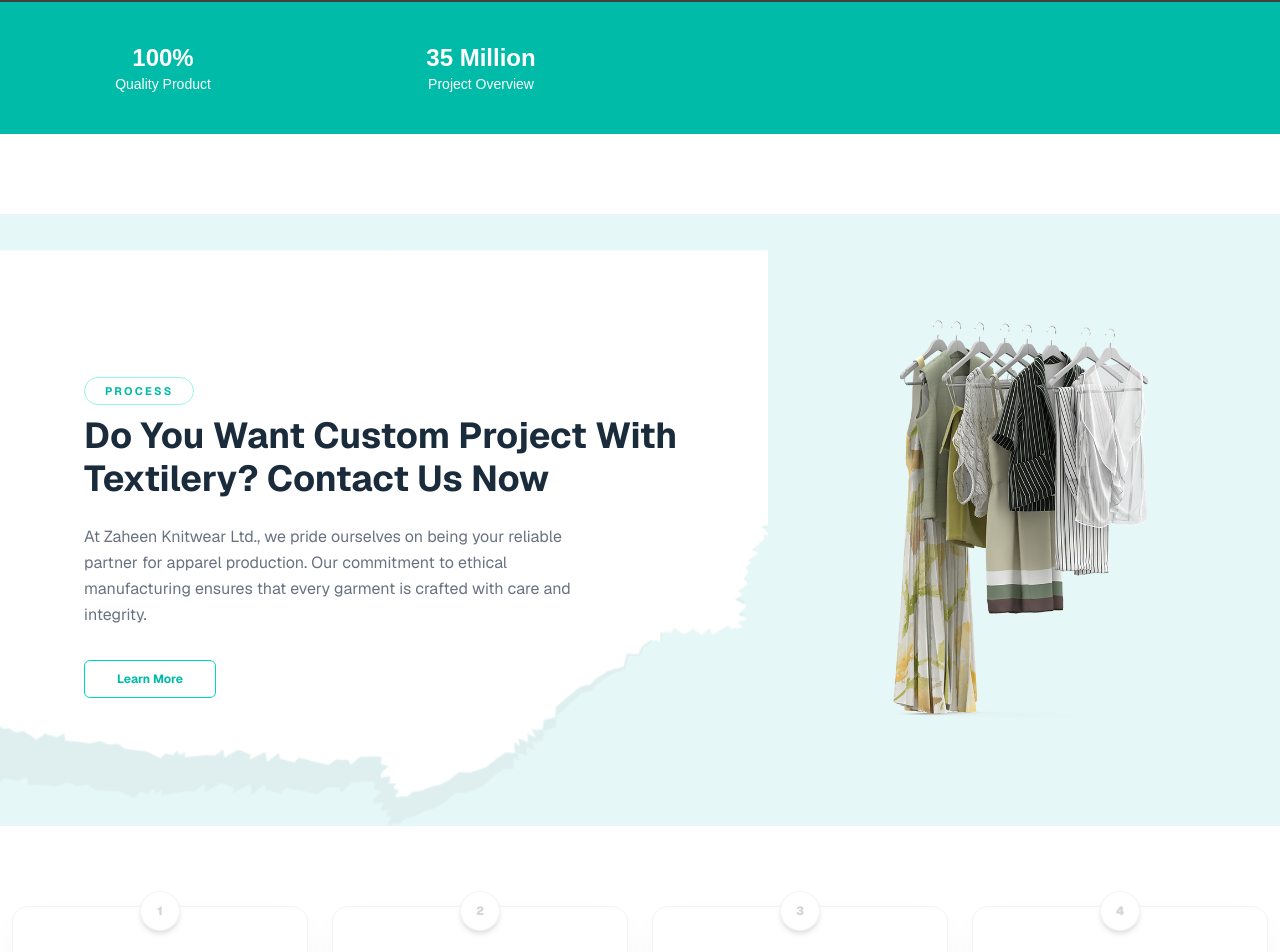
Repository: mdmuhibullahhabib/fullstack-assessment
Page: /
An editor plug-in stored every save of this project. The page is shown before and after a run of saves, followed by the edit.
The browser window is 1280 px wide. The pictures show the part of the page from y = 576 to 1528 px (the page is 3157 px tall before and 3129 px after).
Pictures or frames that could not be fetched are drawn as grey boxes. The project was rebuilt for these pictures with package versions that can differ from the ones it lists, and the page was loaded fresh each time. The framework's server and built-in components were replaced by stand-ins that run in the browser. Also part of the build but not shown: next.config.mjs.

Above is the page before, as saved 2025-12-27 10:24:59.

After the next 2 saves:
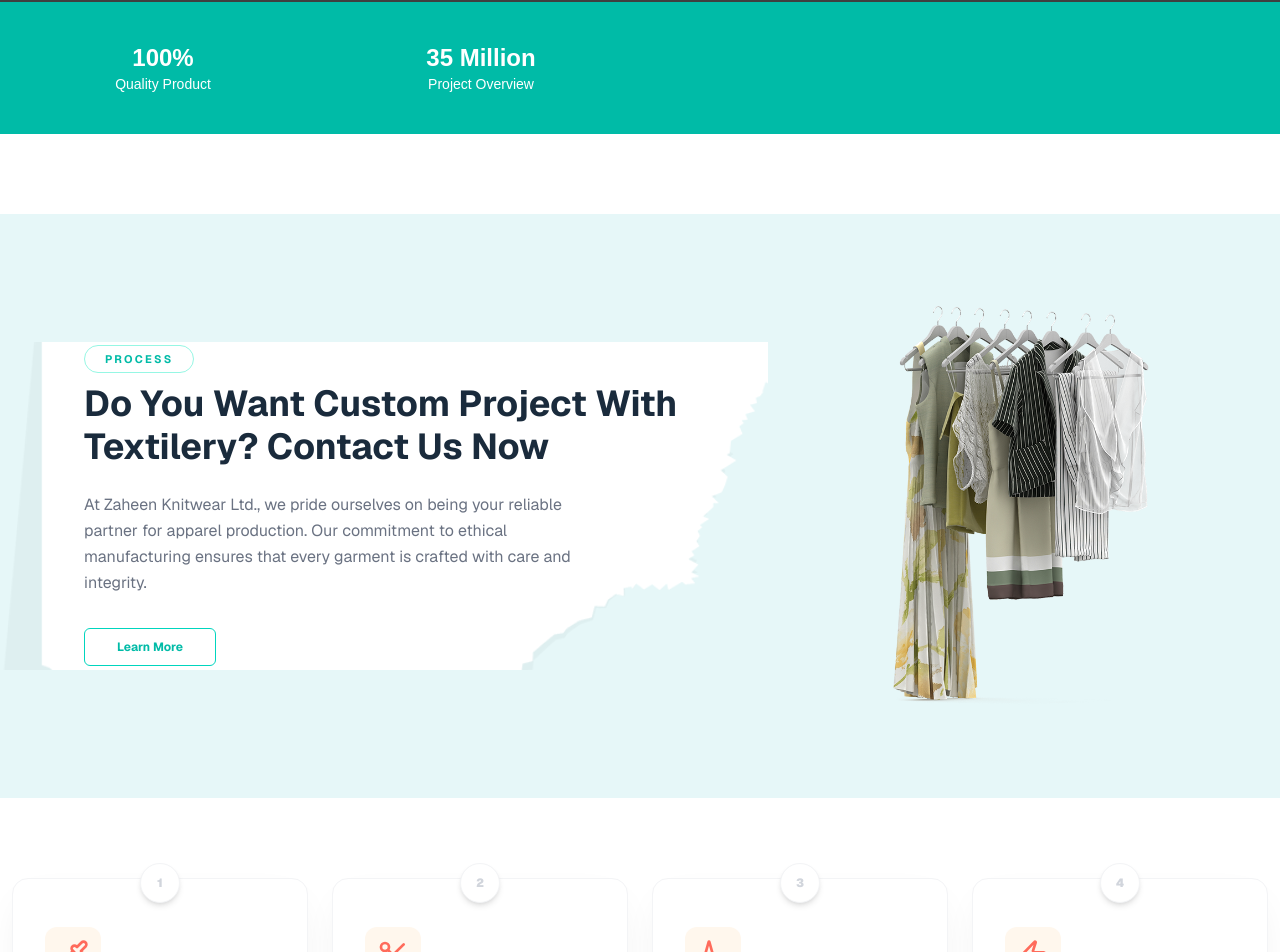
The 2 saves are shown as one change because they came seconds apart.
The last was saved 17 s later.
--- a/src/components/home/CustomProcess.jsx
+++ b/src/components/home/CustomProcess.jsx
@@ -24,7 +24,7 @@
 
                     {/* Left Content Box (White with bgImage and Torn Edge) */}
                     <div
-                        className="relative w-full md:w-[60%] md:py-32 p-10 mt-9 md:pl-5 md:p-1 flex flex-col justify-center items-start "
+                        className="relative w-full md:w-[60%] md:my-32 p-10 mt-9 md:pl-5 md:p-1 flex flex-col justify-center items-start "
                         style={{
                             backgroundImage: `url(${bgImage.src})`,
                             backgroundSize: "cover",
